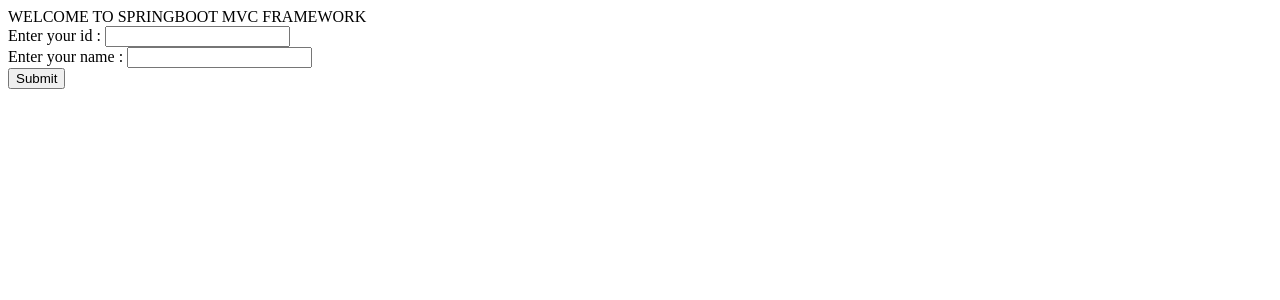
Repository: dwitiyahalder02/Spring-Core-MVC
Page: http://localhost/springbootMVC/Views/index.jsp
These files come from the project's save history. The page is drawn as it stood at one moment and after the next save; the edit follows.
The browser window is 1280 px wide. The pictures show the whole page.
The page is served by Tomcat 9.

Above is the page before, as saved 2022-10-31 07:31:52.

After the next save:
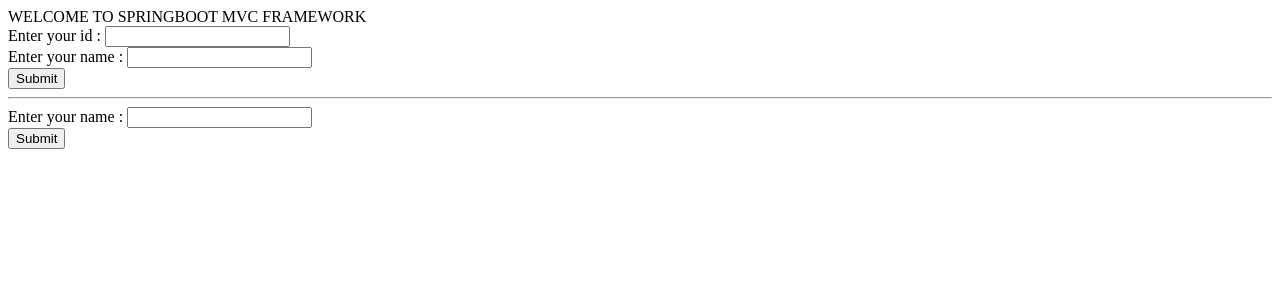
Saved 3 min 6 s later.
--- a/springbootMVC/src/main/WebApp/Views/index.jsp
+++ b/springbootMVC/src/main/WebApp/Views/index.jsp
@@ -19,5 +19,10 @@
  		Enter your name : <input type="text" name="aname"><br>
  		<input type="submit">
  	</form>
+ 	<hr>
+ 	<form action="getAlienByName" method="get">
+ 		Enter your name : <input type="text" name="aname"><br>
+ 		<input type="submit">
+ 	</form>
 </body>
 </html>
